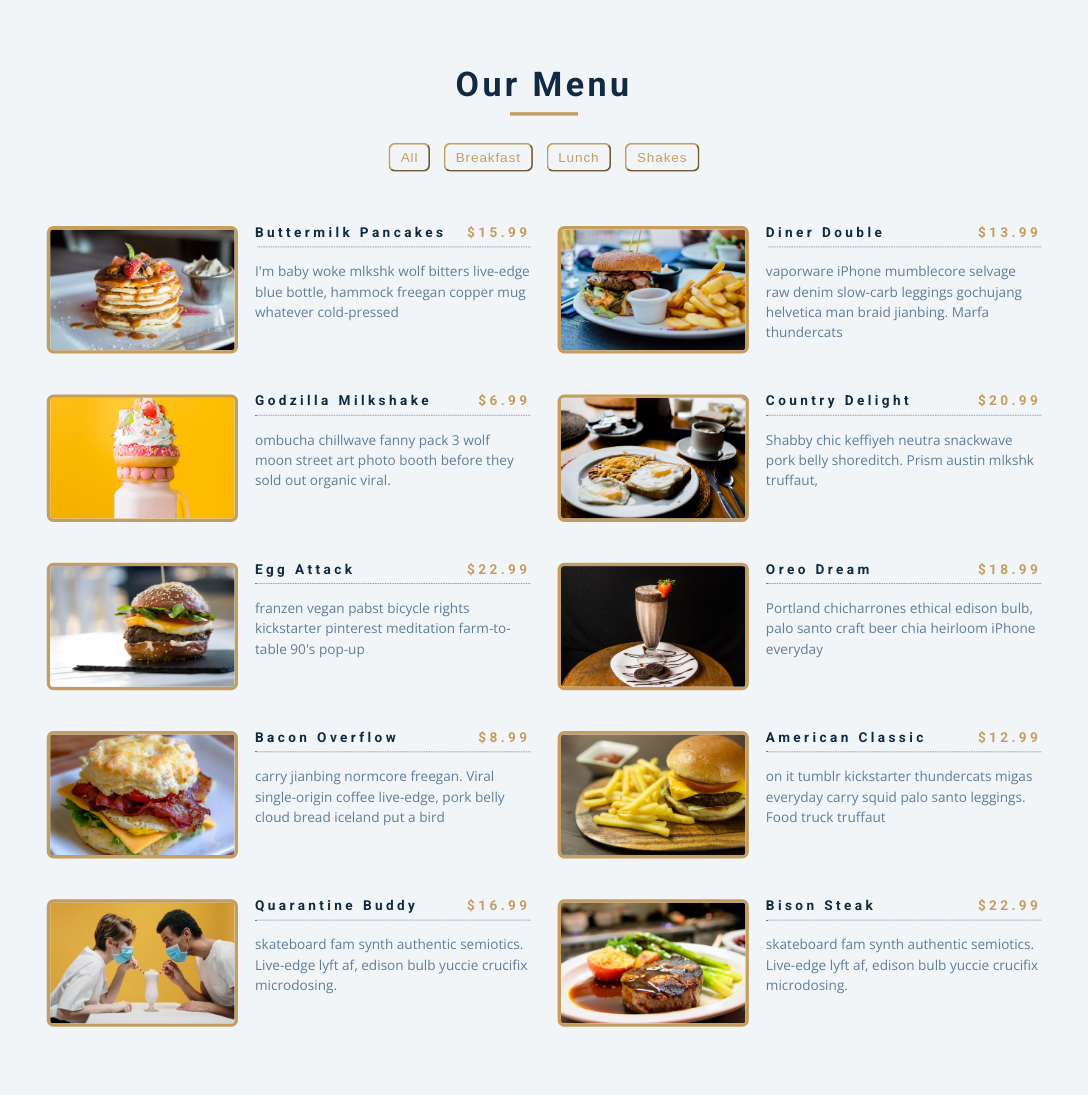
Repository: Seryozha02/MenuProject
Page: menuFilter/index.html
These files come from the project's save history. The page is drawn as it stood at one moment and after a run of saves; the edit follows.
The browser window is 1280 px wide. The pictures show the whole page, at 85% of full size.
Pictures or frames that could not be fetched are drawn as grey boxes. Some web libraries are served in a nearby version.

Above is the page before, as saved 2022-02-17 23:24:18.

### menuFilter/index.html
<!DOCTYPE html>
<html lang="en">
  <head>
    <meta charset="UTF-8" />
    <meta name="viewport" content="width=device-width, initial-scale=1.0" />
    <title>Starter</title>
    <!-- font-awesome -->
    <link
      rel="stylesheet"
      href="https://cdnjs.cloudflare.com/ajax/libs/font-awesome/5.14.0/css/all.min.css"
    />
    <!-- styles -->
    <link rel="stylesheet" href="styles.css" />
  </head>
  <body>
    <section class="menu">
      <!-- title -->
      <div class="title">
        <h2>our menu</h2>
        <div class="underline"></div>
      </div>
      <!-- filter buttons -->
      <div class="btn-container">
        <button type="button" class="filter-btn" data-id="all">all</button>
          <button type="button" class="filter-btn" data-id="breakfast">
            breakfast
          </button>
          <button type="button" class="filter-btn" data-id="lunch">lunch</button>
          <button type="button" class="filter-btn" data-id="shakes">
            shakes
          </button>
      </div>
      <!-- menu items -->
      <div class="section-center">
        <!-- single item -->
        <article class="menu-item">
          <img src="./menu-item.jpeg" alt="menu item" class="photo" />
          <div class="item-info">
            <header>
              <h4>buttermilk pancakes</h4>
              <h4 class="price">$15</h4>
            </header>
            <p class="item-text">
              Lorem ipsum dolor sit amet consectetur adipisicing elit.
              Repudiandae, sint quam. Et reprehenderit fugiat nesciunt inventore
              laboriosam excepturi! Quo, officia.
            </p>
          </div>
        </article>
        <!-- end of single item -->
        <!-- single item -->
        <article class="menu-item">
          <img src="./menu-item.jpeg" alt="menu item" class="photo" />
          <div class="item-info">
            <header>
              <h4>buttermilk pancakes</h4>
              <h4 class="price">$15</h4>
            </header>
            <p class="item-text">
              Lorem ipsum dolor sit amet consectetur adipisicing elit.
              Repudiandae, sint quam. Et reprehenderit fugiat nesciunt inventore
              laboriosam excepturi! Quo, officia.
            </p>
          </div>
        </article>
        <!-- end of single item -->
        <!-- single item -->
        <article class="menu-item">
          <img src="./menu-item.jpeg" alt="menu item" class="photo" />
          <div class="item-info">
            <header>
              <h4>buttermilk pancakes</h4>
              <h4 class="price">$15</h4>
            </header>
            <p class="item-text">
              Lorem ipsum dolor sit amet consectetur adipisicing elit.
              Repudiandae, sint quam. Et reprehenderit fugiat nesciunt inventore
              laboriosam excepturi! Quo, officia.
            </p>
          </div>
        </article>
        <!-- end of single item -->
      </div>
    </section>
    <!-- javascript -->
    <script type="module" src="./app.js"></script>
  </body>
</html>

### menuFilter/styles.css
/*
===============
Fonts
===============
*/
@import url("https://fonts.googleapis.com/css?family=Open+Sans|Roboto:400,700&display=swap");

/*
===============
Variables
===============
*/

:root {
  /* dark shades of primary color*/
  --clr-primary-1: hsl(205, 86%, 17%);
  --clr-primary-2: hsl(205, 77%, 27%);
  --clr-primary-3: hsl(205, 72%, 37%);
  --clr-primary-4: hsl(205, 63%, 48%);
  /* primary/main color */
  --clr-primary-5: #49a6e9;
  /* lighter shades of primary color */
  --clr-primary-6: hsl(205, 89%, 70%);
  --clr-primary-7: hsl(205, 90%, 76%);
  --clr-primary-8: hsl(205, 86%, 81%);
  --clr-primary-9: hsl(205, 90%, 88%);
  --clr-primary-10: hsl(205, 100%, 96%);
  /* darkest grey - used for headings */
  --clr-grey-1: hsl(209, 61%, 16%);
  --clr-grey-2: hsl(211, 39%, 23%);
  --clr-grey-3: hsl(209, 34%, 30%);
  --clr-grey-4: hsl(209, 28%, 39%);
  /* grey used for paragraphs */
  --clr-grey-5: hsl(210, 22%, 49%);
  --clr-grey-6: hsl(209, 23%, 60%);
  --clr-grey-7: hsl(211, 27%, 70%);
  --clr-grey-8: hsl(210, 31%, 80%);
  --clr-grey-9: hsl(212, 33%, 89%);
  --clr-grey-10: hsl(210, 36%, 96%);
  --clr-white: #fff;
  --clr-red-dark: hsl(360, 67%, 44%);
  --clr-red-light: hsl(360, 71%, 66%);
  --clr-green-dark: hsl(125, 67%, 44%);
  --clr-green-light: hsl(125, 71%, 66%);
  --clr-gold: #c59d5f;
  --clr-black: #222;
  --ff-primary: "Roboto", sans-serif;
  --ff-secondary: "Open Sans", sans-serif;
  --transition: all 0.3s linear;
  --spacing: 0.25rem;
  --radius: 0.5rem;
  --light-shadow: 0 5px 15px rgba(0, 0, 0, 0.1);
  --dark-shadow: 0 5px 15px rgba(0, 0, 0, 0.2);
  --max-width: 1170px;
  --fixed-width: 620px;
}
/*
===============
Global Styles
===============
*/

*,
::after,
::before {
  margin: 0;
  padding: 0;
  box-sizing: border-box;
}
body {
  font-family: var(--ff-secondary);
  background: var(--clr-grey-10);
  color: var(--clr-grey-1);
  line-height: 1.5;
  font-size: 0.875rem;
}
ul {
  list-style-type: none;
}
a {
  text-decoration: none;
}
img:not(.logo) {
  width: 100%;
}
img {
  display: block;
}

h1,
h2,
h3,
h4 {
  letter-spacing: var(--spacing);
  text-transform: capitalize;
  line-height: 1.25;
  margin-bottom: 0.75rem;
  font-family: var(--ff-primary);
}
h1 {
  font-size: 3rem;
}
h2 {
  font-size: 2rem;
}
h3 {
  font-size: 1.25rem;
}
h4 {
  font-size: 0.875rem;
}
p {
  margin-bottom: 1.25rem;
  color: var(--clr-grey-5);
}
@media screen and (min-width: 800px) {
  h1 {
    font-size: 4rem;
  }
  h2 {
    font-size: 2.5rem;
  }
  h3 {
    font-size: 1.75rem;
  }
  h4 {
    font-size: 1rem;
  }
  body {
    font-size: 1rem;
  }
  h1,
  h2,
  h3,
  h4 {
    line-height: 1;
  }
}
/*  global classes */

.btn {
  text-transform: uppercase;
  background: transparent;
  color: var(--clr-black);
  padding: 0.375rem 0.75rem;
  letter-spacing: var(--spacing);
  display: inline-block;
  transition: var(--transition);
  font-size: 0.875rem;
  border: 2px solid var(--clr-black);
  cursor: pointer;
  box-shadow: 0 1px 3px rgba(0, 0, 0, 0.2);
  border-radius: var(--radius);
}
.btn:hover {
  color: var(--clr-white);
  background: var(--clr-black);
}
/* section */
.section {
  padding: 5rem 0;
}

main {
  min-height: 100vh;
  display: grid;
  place-items: center;
}
/*
===============
Menu
===============
*/

.menu {
  padding: 5rem 0;
}
.title {
  text-align: center;
  margin-bottom: 2rem;
}
.underline {
  width: 5rem;
  height: 0.25rem;
  background: var(--clr-gold);
  margin-left: auto;
  margin-right: auto;
}
.btn-container {
  margin-bottom: 4rem;
  display: flex;
  justify-content: center;
}
.filter-btn {
  background: transparent;
  border-color: var(--clr-gold);
  font-size: 1rem;
  text-transform: capitalize;
  margin: 0 0.5rem;
  letter-spacing: 1px;
  border-radius: var(--radius);
  padding: 0.375rem 0.75rem;
  color: var(--clr-gold);
  cursor: pointer;
  transition: var(--transition);
}
.filter-btn:hover {
  background: var(--clr-gold);
  color: var(--clr-white);
}
.section-center {
  width: 90vw;
  margin: 0 auto;
  max-width: 1170px;
  display: grid;
  gap: 3rem 2rem;
  justify-items: center;
}
.menu-item {
  display: grid;
  gap: 1rem 2rem;
  max-width: 25rem;
}
.photo {
  object-fit: cover;
  height: 200px;
  border: 0.25rem solid var(--clr-gold);
  border-radius: var(--radius);
}
.item-info header {
  display: flex;
  justify-content: space-between;
  border-bottom: 0.5px dotted var(--clr-grey-5);
}
.item-info h4 {
  margin-bottom: 0.5rem;
}
.price {
  color: var(--clr-gold);
}
.item-text {
  margin-bottom: 0;
  padding-top: 1rem;
}

@media screen and (min-width: 768px) {
  .menu-item {
    grid-template-columns: 225px 1fr;
    gap: 0 1.25rem;
    max-width: 40rem;
  }
  .photo {
    height: 175px;
  }
}
@media screen and (min-width: 1200px) {
  .section-center {
    width: 95vw;
    grid-template-columns: 1fr 1fr;
  }
  .photo {
    height: 150px;
  }
}

### menuFilter/app.js
import { menu } from "./data.js";

// get parent element
const sectionCenter = document.querySelector(".section-center");
const btnContainer = document.querySelector(".btn-container");
// display all items when page loads
window.addEventListener("DOMContentLoaded", function () {
  displayMenuItems(menu);
  displayMenuButtons();
});

function displayMenuItems(menuItems) {
  let displayMenu = menuItems.map(function (item) {
    // console.log(item);

    return `<article class="menu-item">
            <img src=${item.img} alt=${item.title} class="photo" />
            <div class="item-info">
              <header>
                <h4>${item.title}</h4>
                <h4 class="price">$${item.price}</h4>
              </header>
              <p class="item-text">
                ${item.desc}
              </p>
            </div>
          </article>`;
  });
  displayMenu = displayMenu.join("");
  // console.log(displayMenu);

  sectionCenter.innerHTML = displayMenu;
}

function displayMenuButtons() {
  //add display buttons here
}
const buttons = document.querySelectorAll(".filter-btn");
buttons.forEach(filterBtn  => {
  filterBtn.addEventListener("click", () => {
    const value = filterBtn.getAttribute("data-id");
    if(value === "all"){
      displayMenuItems(menu);
      return;
    }
    fil
  })
})

### data.js
export const menu = [
  {
    id: 1,
    title: "buttermilk pancakes",
    category: "breakfast",
    price: 15.99,
    img: "./images/item-1.jpeg",
    desc: `I'm baby woke mlkshk wolf bitters live-edge blue bottle, hammock freegan copper mug whatever cold-pressed `,
  },
  {
    id: 2,
    title: "diner double",
    category: "lunch",
    price: 13.99,
    img: "./images/item-2.jpeg",
    desc: `vaporware iPhone mumblecore selvage raw denim slow-carb leggings gochujang helvetica man braid jianbing. Marfa thundercats `,
  },
  {
    id: 3,
    title: "godzilla milkshake",
    category: "shakes",
    price: 6.99,
    img: "./images/item-3.jpeg",
    desc: `ombucha chillwave fanny pack 3 wolf moon street art photo booth before they sold out organic viral.`,
  },
  {
    id: 4,
    title: "country delight",
    category: "breakfast",
    price: 20.99,
    img: "./images/item-4.jpeg",
    desc: `Shabby chic keffiyeh neutra snackwave pork belly shoreditch. Prism austin mlkshk truffaut, `,
  },
  {
    id: 5,
    title: "egg attack",
    category: "lunch",
    price: 22.99,
    img: "./images/item-5.jpeg",
    desc: `franzen vegan pabst bicycle rights kickstarter pinterest meditation farm-to-table 90's pop-up `,
  },
  {
    id: 6,
    title: "oreo dream",
    category: "shakes",
    price: 18.99,
    img: "./images/item-6.jpeg",
    desc: `Portland chicharrones ethical edison bulb, palo santo craft beer chia heirloom iPhone everyday`,
  },
  {
    id: 7,
    title: "bacon overflow",
    category: "breakfast",
    price: 8.99,
    img: "./images/item-7.jpeg",
    desc: `carry jianbing normcore freegan. Viral single-origin coffee live-edge, pork belly cloud bread iceland put a bird `,
  },
  {
    id: 8,
    title: "american classic",
    category: "lunch",
    price: 12.99,
    img: "./images/item-8.jpeg",
    desc: `on it tumblr kickstarter thundercats migas everyday carry squid palo santo leggings. Food truck truffaut  `,
  },
  {
    id: 9,
    title: "quarantine buddy",
    category: "shakes",
    price: 16.99,
    img: "./images/item-9.jpeg",
    desc: `skateboard fam synth authentic semiotics. Live-edge lyft af, edison bulb yuccie crucifix microdosing.`,
  },
  {
    id: 10,
    title: "bison steak",
    category: "dinner",
    price: 22.99,
    img: "./images/item-10.jpeg",
    desc: `skateboard fam synth authentic semiotics. Live-edge lyft af, edison bulb yuccie crucifix microdosing.`,
  },
];

After the next 7 saves:
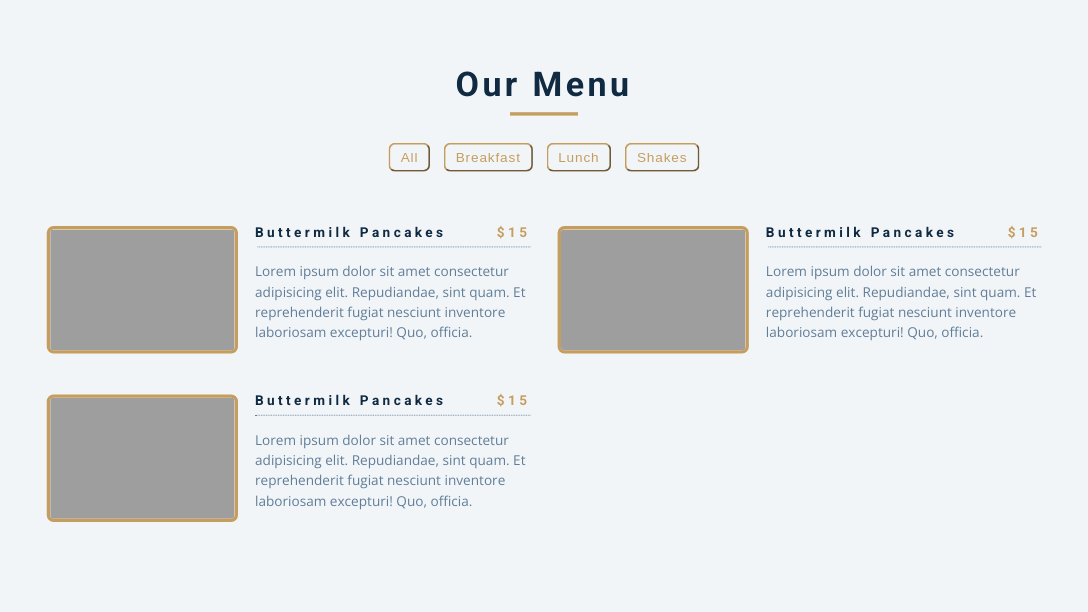
Console error: SyntaxError: Missing initializer in const declaration
The 7 saves are shown as one change because they came seconds apart.
The last was saved 17 s later.
--- a/menuFilter/app.js
+++ b/menuFilter/app.js
@@ -43,6 +43,6 @@
       displayMenuItems(menu);
       return;
     }
-    fil
+    const filterArr
   })
 })

After the 2 saves that followed:
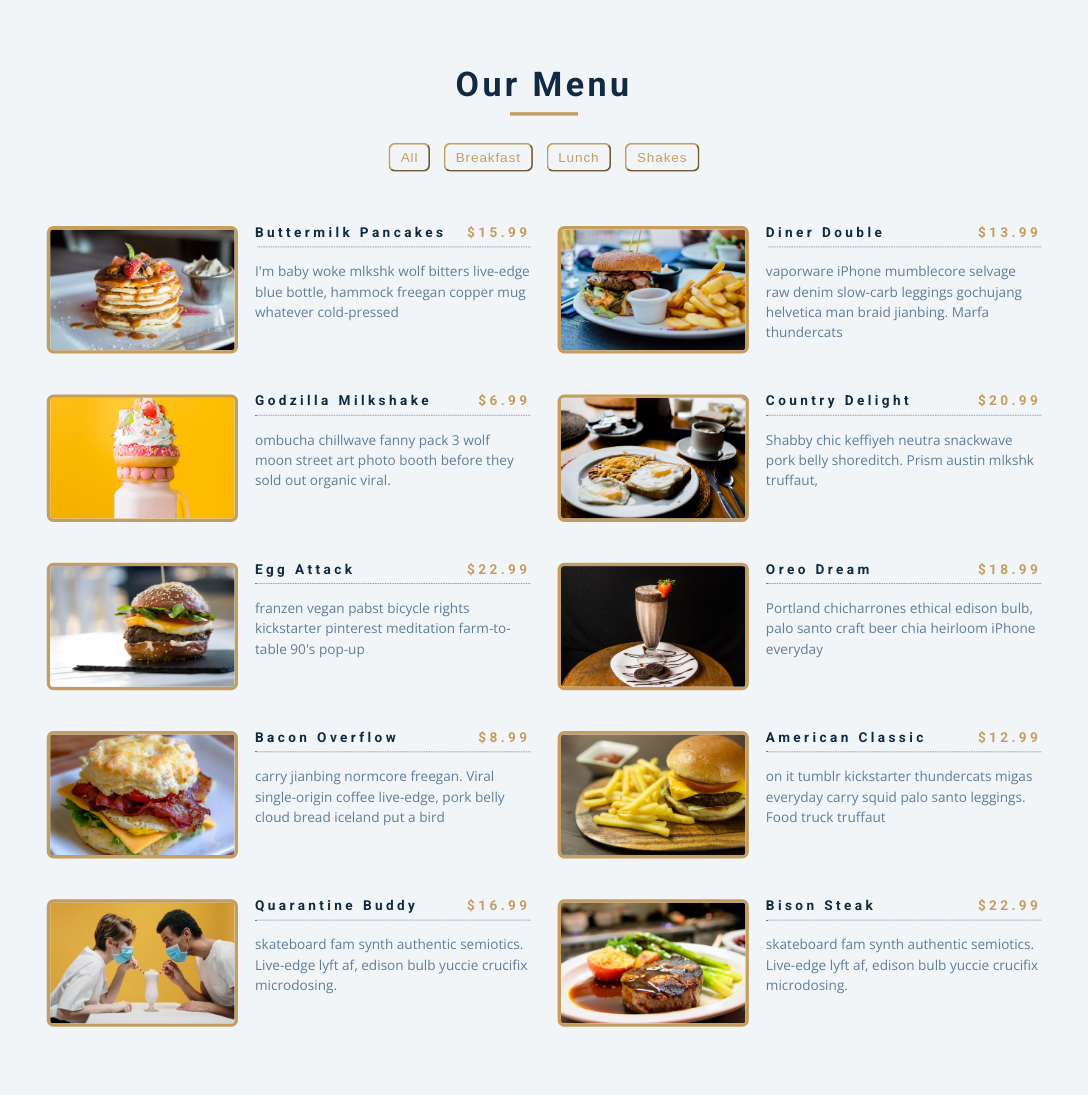
The error is gone.
The 2 saves are shown as one change because they came seconds apart.
The last was saved 7 s later.
--- a/menuFilter/app.js
+++ b/menuFilter/app.js
@@ -43,6 +43,6 @@
       displayMenuItems(menu);
       return;
     }
-    const filterArr
+    const filterArr = men
   })
 })
